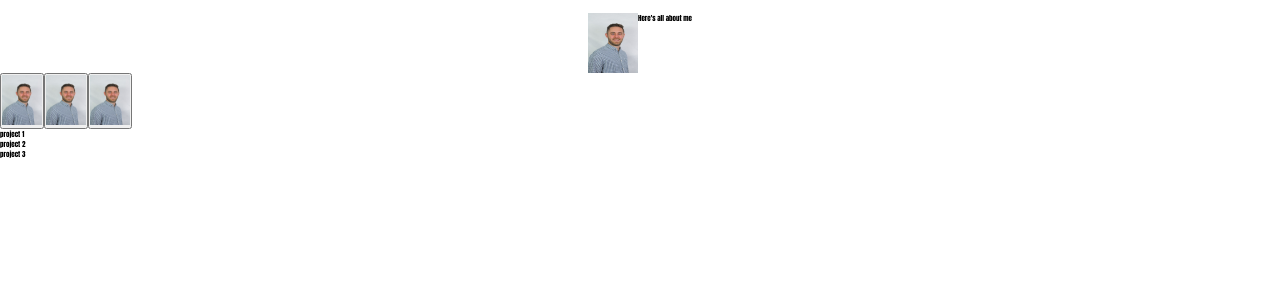
Repository: Kobramall/portfolio-project
Page: /portfolio
The author's editor kept a copy of each file at every save. The page is drawn from the files as they stood at one save, then again after the next save.
The browser window is 1280 px wide. The pictures show the whole page.
The project was rebuilt for these pictures with package versions that can differ from the ones it lists, and the page was loaded fresh each time. Also part of the build but not shown: src/App.css, src/componets/Main.jsx. Imported but missing from the stored project, and not drawn on this page: src/assets/Landscape.mov.

Above is the page before, as saved 2022-11-01 15:19:11.

### src/index.css
*{
  margin:0;
  padding: 0;
  font-family: Impact, Haettenschweiler, 'Arial Narrow Bold', sans-serif;
}


.main{
  width: 100%;
  height: 100%;
}

video{
  width: 100%;
  height: 100%;
  object-fit: cover;
}

.content{
  position: absolute;
  width: 100%;
  height: 100%;
  top:0;
  display: flex;
  flex-direction: column;
  justify-content: center;
  align-items: center;
  color: azure;
  font-size: 6px;
}
.content button{
  color:azure;
  background-color: #fff;
  background-color: rgba(255, 255, 255, 0.5);
  font-size: 7px;
  border-color: transparent;
}

.content button:hover{
  background-color: lightblue;
}

.overlay{
  position: absolute;
  top: 0;
  left: 0;
  width: 100%;
  height: 100%;
}

.intro{
  margin-top: 1%;
  display: flex;
  justify-content: center;
}

### src/App.js
import './App.css';
import Main from './componets/Main'
import Portfolio from './componets/Portfolio';
import {BrowserRouter as Router, Routes, Route } from "react-router-dom";

function App() {
  return (
    <Router>
      <Routes>
        <Route path="/" element={<Main />} />
        <Route path="/portfolio" element={<Portfolio />} />
       </Routes>
    </Router>
  )
}

export default App;

### src/componets/Portfolio.jsx
import React from'react'
import Img from '../assets/IMG-3147.jpg'
import '../Portfolio.css'


const Portfolio = () =>{
    return(
        <div className='portfolio'>
            <div className='intro'>
               <img src={Img} alt="Profile Picture" width="50" height="60"/>
               <p>Here's all about me</p>
            </div>
            <div className='projectLinks'>
                    <a href="https://github.com/Kobramall" ><button><img src={Img} alt="filler pics" width="40" height="50"/></button></a>
                    <a href="https://github.com/Kobramall" ><button><img src={Img} alt="filler pics" width="40" height="50"/></button></a>
                    <a href="https://github.com/Kobramall" ><button><img src={Img} alt="filler pics" width="40" height="50"/></button></a>
            </div>
            <div className='projectDes'>
                   <p>project 1</p>
                   <p>project 2</p>
                   <p>project 3</p>
            </div>
            <footer>

            </footer>
        </div>
    )
}

export default Portfolio

### src/Portfolio.css
*{
    font-size: 7px;
}

Loaded but not shown: public/index.html (common file); src/index.js (common file); src/reportWebVitals.js (common file)

After the next save:
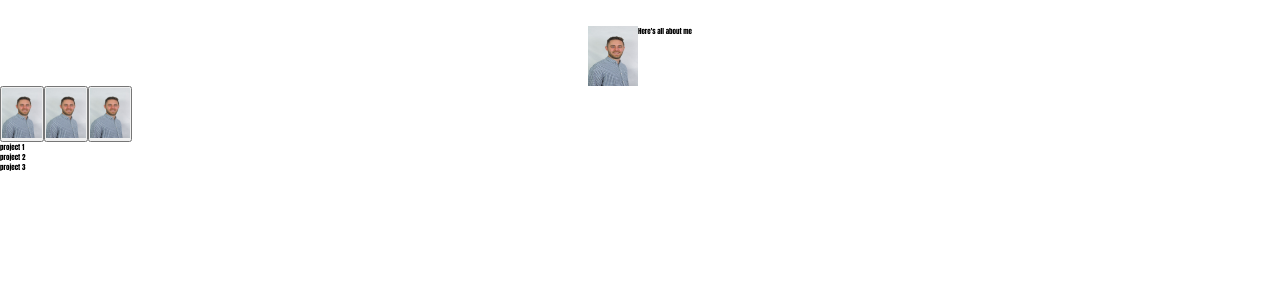
Saved 4 s later.
--- a/src/index.css
+++ b/src/index.css
@@ -49,7 +49,7 @@ video{
 }
 
 .intro{
-  margin-top: 1%;
+  margin-top: 2%;
   display: flex;
   justify-content: center;
 }
